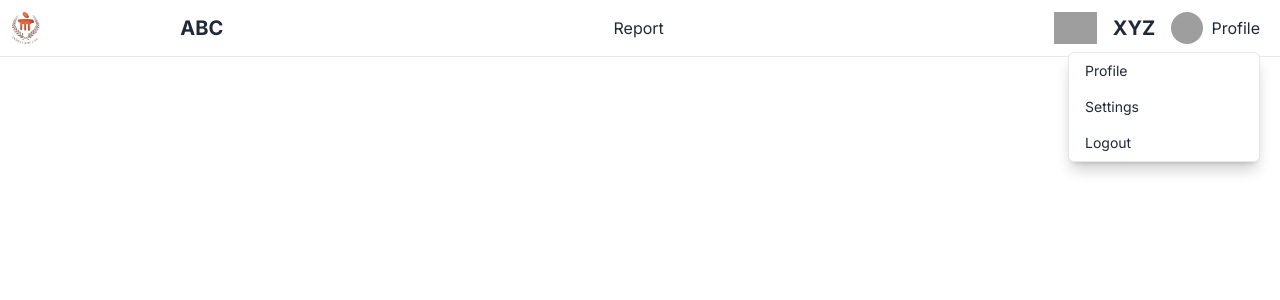
Repository: gauravbhindwar/mentorlink
Page: /pages/admin/admindashboard
An editor plug-in stored every save of this project. The page is shown before and after a run of saves, followed by the edit.
The browser window is 1280 px wide. The pictures show the whole page.
Pictures or frames that could not be fetched are drawn as grey boxes. The project was rebuilt for these pictures with package versions that can differ from the ones it lists, and the page was loaded fresh each time. The framework's server and built-in components were replaced by stand-ins that run in the browser. Also part of the build but not shown: next.config.js, next.config.ts.

Above is the page before, as saved 2024-11-06 16:13:56.

### src/app/layout.tsx
import type { Metadata } from "next";
import { Inter } from "next/font/google";
import "./globals.css";

const inter = Inter({ subsets: ["latin"] });

export const metadata: Metadata = {
  title: "Faculty Subject Selector",
  description: "By: MUJ",
};

export default function RootLayout({
  children,
}: Readonly<{
  children: React.ReactNode;
}>) {
  return (
    <html lang="en" suppressHydrationWarning>
      <body className={inter.className} suppressHydrationWarning>
        <div>{children}</div>
      </body>
    </html>
  );
}

### src/app/pages/admin/layout.tsx
import type { Metadata } from "next";
import { Inter } from "next/font/google";
import "@/app/globals.css";
import Navbar from "@/components/subComponents/Navbar";

const inter = Inter({ subsets: ["latin"] });

export const metadata: Metadata = {
  title: "MentorLink",
  description: "By: SDC",
};

export default function RootLayout({
  children,
}: Readonly<{
  children: React.ReactNode;
}>) {
  return (
        <div>
            <Navbar />

            {children}

        </div>
  );
}

### src/app/pages/admin/admindashboard/page.jsx
import React from 'react'
import AdminDashboard from '../../../../components/AdminDash/AdminDashboard'
import Navbar from '../../../../components/subComponents/Navbar';

const page = () => {
  return (
    <>
    <Navbar/>
    <div>
    <AdminDashboard  />
    </div>
    </>
  )
}

export default page

### src/components/subComponents/Navbar.jsx
import React from 'react'
import Image from 'next/image'

const Navbar = () => {
    return (
        <>
            <nav className="fixed top-0 z-50 w-full bg-white border-b border-gray-200 dark:bg-gray-800 dark:border-gray-700">
                <div className="px-3 py-3 lg:px-5 lg:pl-3">
                    <div className="flex items-center justify-between">
                        {/* Left Logo */}
                        <div className="flex items-center">
                            <Image src="/path/to/muj-logo.png" alt="MUJ Logo" className="h-8 w-auto" width={32} height={32} />
                            <span className="ml-2 text-xl font-bold text-gray-800 dark:text-white">ABC</span>
                        </div>

                        {/* Middle Section */}
                        <div className="flex items-center space-x-4">
                            <a href="/report" className="text-gray-800 dark:text-white hover:underline">Report</a>
                        </div>

                        {/* Right Section */}
                        <div className="flex items-center space-x-4">
                            <Image src="/path/to/sdc-logo.png" alt="SDC Logo" className="h-8 w-auto" width={32} height={32} />
                            <span className="ml-2 text-xl font-bold text-gray-800 dark:text-white">XYZ</span>
                            <div className="relative">
                                <button className="flex items-center text-gray-800 dark:text-white focus:outline-none">
                                    <Image src="/path/to/profile-pic.jpg" alt="Profile" className="h-8 w-8 rounded-full" width={32} height={32} />
                                    <span className="ml-2">Profile</span>
                                </button>
                                {/* Dropdown Menu */}
                                <div className="absolute right-0 mt-2 w-48 bg-white border border-gray-200 rounded-md shadow-lg dark:bg-gray-800 dark:border-gray-700">
                                    <a href="/profile" className="block px-4 py-2 text-sm text-gray-800 dark:text-white hover:bg-gray-100 dark:hover:bg-gray-700">Profile</a>
                                    <a href="/settings" className="block px-4 py-2 text-sm text-gray-800 dark:text-white hover:bg-gray-100 dark:hover:bg-gray-700">Settings</a>
                                    <a href="/logout" className="block px-4 py-2 text-sm text-gray-800 dark:text-white hover:bg-gray-100 dark:hover:bg-gray-700">Logout</a>
                                </div>
                            </div>
                        </div>
                    </div>
                </div>
            </nav>
        </>
    )
}

export default Navbar

### src/components/ui/button.tsx
import * as React from "react"
import { Slot } from "@radix-ui/react-slot"
import { cva, type VariantProps } from "class-variance-authority"

import { cn } from "@/lib/utils"

const buttonVariants = cva(
  "inline-flex items-center justify-center gap-2 whitespace-nowrap rounded-md text-sm font-medium transition-colors focus-visible:outline-none focus-visible:ring-1 focus-visible:ring-ring disabled:pointer-events-none disabled:opacity-50 [&_svg]:pointer-events-none [&_svg]:size-4 [&_svg]:shrink-0",
  {
    variants: {
      variant: {
        default:
          "bg-primary text-primary-foreground shadow hover:bg-primary/90",
        destructive:
          "bg-destructive text-destructive-foreground shadow-sm hover:bg-destructive/90",
        outline:
          "border border-input bg-background shadow-sm hover:bg-accent hover:text-accent-foreground",
        secondary:
          "bg-secondary text-secondary-foreground shadow-sm hover:bg-secondary/80",
        ghost: "hover:bg-accent hover:text-accent-foreground",
        link: "text-primary underline-offset-4 hover:underline",
      },
      size: {
        default: "h-9 px-4 py-2",
        sm: "h-8 rounded-md px-3 text-xs",
        lg: "h-10 rounded-md px-8",
        icon: "h-9 w-9",
      },
    },
    defaultVariants: {
      variant: "default",
      size: "default",
    },
  }
)

export interface ButtonProps
  extends React.ButtonHTMLAttributes<HTMLButtonElement>,
    VariantProps<typeof buttonVariants> {
  asChild?: boolean
}

const Button = React.forwardRef<HTMLButtonElement, ButtonProps>(
  ({ className, variant, size, asChild = false, ...props }, ref) => {
    const Comp = asChild ? Slot : "button"
    return (
      <Comp
        className={cn(buttonVariants({ variant, size, className }))}
        ref={ref}
        {...props}
      />
    )
  }
)
Button.displayName = "Button"

export { Button, buttonVariants }

Loaded but not shown: src/app/globals.css (common file); src/components/AdminDash/AdminDashboard.jsx (common file); tailwind.config.ts (common file); src/lib/utils.ts (common file)

After the next 2 saves:
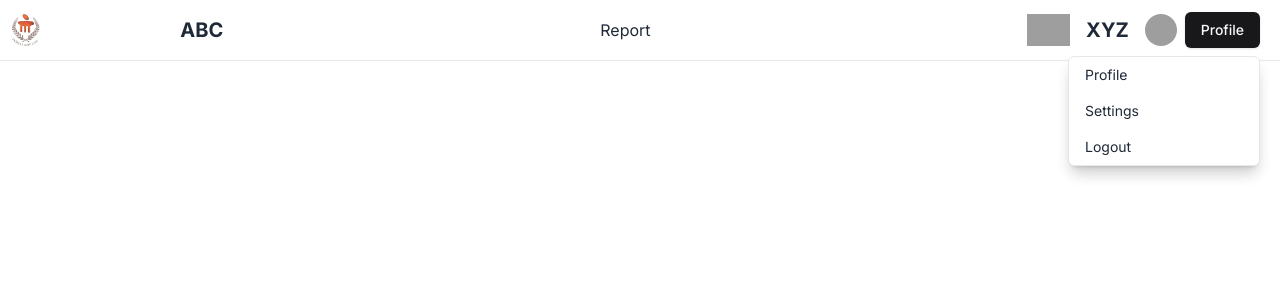
The 2 saves are shown as one change because 1 did not build or start.
The last was saved 110 s later.
--- a/src/components/subComponents/Navbar.jsx
+++ b/src/components/subComponents/Navbar.jsx
@@ -1,5 +1,6 @@
 import React from 'react'
 import Image from 'next/image'
+import { Button } from '@/components/ui/button'
 
 const Navbar = () => {
     return (
@@ -25,7 +26,7 @@ const Navbar = () => {
                             <div className="relative">
                                 <button className="flex items-center text-gray-800 dark:text-white focus:outline-none">
                                     <Image src="/path/to/profile-pic.jpg" alt="Profile" className="h-8 w-8 rounded-full" width={32} height={32} />
-                                    <span className="ml-2">Profile</span>
+                                    <Button className="ml-2">Profile</Button>
                                 </button>
                                 {/* Dropdown Menu */}
                                 <div className="absolute right-0 mt-2 w-48 bg-white border border-gray-200 rounded-md shadow-lg dark:bg-gray-800 dark:border-gray-700">
